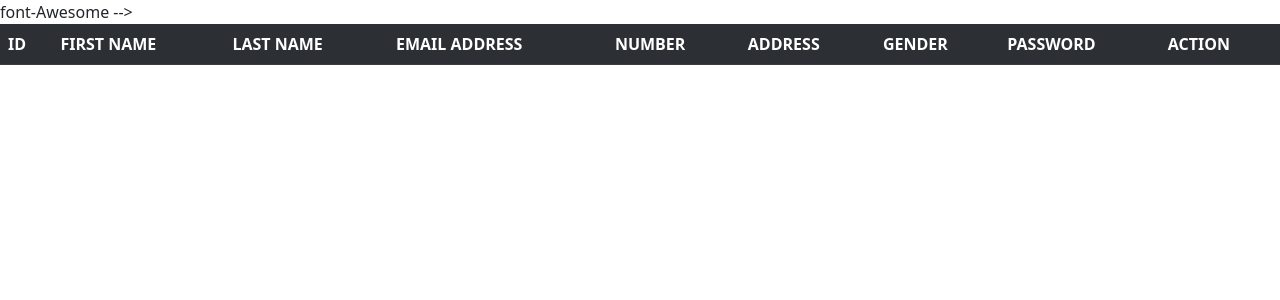
Repository: Rahulkathiriya/java-assignment-and-assesment
Page: http://localhost/web007_assesment_employee_Management_System/viewEmployee
These files come from the project's save history. The page is drawn as it stood at one moment and after a run of saves; the edit follows.
The browser window is 1280 px wide. The pictures show the whole page.
The page is served by Tomcat 9. Other server files are loaded and not shown. Queries for data that is not in the repository find no rows.

Above is the page before, as saved 2022-11-17 16:51:22.

### web007_assesment_employee_Management_System/src/main/webapp/viewEmployee.jsp
<%@page import="model.employee"%>
<%@page import="java.util.ArrayList"%>
<%@ page language="java" contentType="text/html; charset=UTF-8"
	pageEncoding="UTF-8"%>
<!DOCTYPE html>
<html>
<head>
<meta charset="UTF-8">
<!-- CSS only -->
<link
	href="https://cdn.jsdelivr.net/npm/bootstrap@5.2.0/dist/css/bootstrap.min.css"
	rel="stylesheet"
	integrity="sha384-gH2yIJqKdNHPEq0n4Mqa/HGKIhSkIHeL5AyhkYV8i59U5AR6csBvApHHNl/vI1Bx"
	crossorigin="anonymous">
<!-- <-- JavaScript Bundle with Popper -->
<script
	src="https://cdn.jsdelivr.net/npm/bootstrap@5.2.0/dist/js/bootstrap.bundle.min.js"
	integrity="sha384-A3rJD856KowSb7dwlZdYEkO39Gagi7vIsF0jrRAoQmDKKtQBHUuLZ9AsSv4jD4Xa"
	crossorigin="anonymous"></script>

<!--  -->	font-Awesome -->
<link rel="stylesheet"
	href="https://cdnjs.cloudflare.com/ajax/libs/font-awesome/6.2.1/css/all.min.css"
	integrity="sha512-MV7K8+y+gLIBoVD59lQIYicR65iaqukzvf/nwasF0nqhPay5w/9lJmVM2hMDcnK1OnMGCdVK+iQrJ7lzPJQd1w=="
	crossorigin="anonymous" referrerpolicy="no-referrer" />
<!--  	j-Queary cdn -->
<script
	src="https://cdnjs.cloudflare.com/ajax/libs/jquery/3.6.1/jquery.min.js"
	integrity="sha512-aVKKRRi/Q/YV+4mjoKBsE4x3H+BkegoM/em46NNlCqNTmUYADjBbeNefNxYV7giUp0VxICtqdrbqU7iVaeZNXA=="
	crossorigin="anonymous" referrerpolicy="no-referrer"></script>
<title>Employee List</title>
</head>
<body>

	<div class="contaier-fluid">

		<table class="table table-dark table-striped">

			<tr>

				<th>ID</th>
				<th>FIRST NAME</th>
				<th>LAST NAME</th>
				<th>EMAIL ADDRESS</th>
				<th>NUMBER</th>
				<th>ADDRESS</th>
				<th>GENDER</th>
				<th>PASSWORD</th>
				<th colspan="2">ACTION</th>
			</tr>


			<%
			ArrayList<employee> al = (ArrayList) request.getAttribute("data");
			for (employee e : al) {
			%>

			<tr>

				<td><%=e.getId()%></td>
				<td><%=e.getFname()%></td>
				<td><%=e.getLname()%></td>
				<td><%=e.getEmail()%></td>
				<td><%=e.getNumber()%></td>
				<td><%=e.getAddress()%></td>
				<td><%=e.getGender()%></td>
				<td><%=e.getPassword()%></td>
				<td><a href="update?uid=<%=e.getId()%>&&action=update"
					class="btn btn-primary"><i class="fa-solid fa-pen"></i></a></td>
				<td><a href="update?uid=<%=e.getId()%>&&action=delete"
					class="btn btn-danger"><i class="fa-solid fa-pen"></i></a></td>

			</tr>



			<%
			}
			%>




		</table>

	</div>








</body>
</html>

### web007_assesment_employee_Management_System/src/main/java/controller/viewEmployee.java
package controller;

import java.io.IOException;
import javax.servlet.ServletException;
import javax.servlet.annotation.WebServlet;
import javax.servlet.http.HttpServlet;
import javax.servlet.http.HttpServletRequest;
import javax.servlet.http.HttpServletResponse;

import dao.empDao;

/**
 * Servlet implementation class viewEmployee
 */
@WebServlet("/viewEmployee")
public class viewEmployee extends HttpServlet {
	private static final long serialVersionUID = 1L;

	/**
	 * @see HttpServlet#HttpServlet()
	 */
	public viewEmployee() {
		super();
		// TODO Auto-generated constructor stub
	}

	/**
	 * @see HttpServlet#doGet(HttpServletRequest request, HttpServletResponse
	 *      response)
	 */
	protected void doGet(HttpServletRequest req, HttpServletResponse resp) throws ServletException, IOException {

		empDao dao = new empDao();

		req.setAttribute("data", dao.viewAllData());
		req.getRequestDispatcher("viewEmployee.jsp").forward(req, resp);

	}

	/**
	 * @see HttpServlet#doPost(HttpServletRequest request, HttpServletResponse
	 *      response)
	 */
	protected void doPost(HttpServletRequest request, HttpServletResponse response)
			throws ServletException, IOException {
		// TODO Auto-generated method stub
		doGet(request, response);
	}

}

### web007_assesment_employee_Management_System/src/main/java/dao/empDao.java
package dao;

import java.sql.Connection;
import java.sql.DriverManager;
import java.sql.PreparedStatement;
import java.sql.ResultSet;
import java.sql.SQLException;
import java.util.ArrayList;

import model.employee;

public class empDao {
	Connection cn = null;

	public empDao() {

		try {
			Class.forName("com.mysql.cj.jdbc.Driver");
			cn = DriverManager.getConnection("jdbc:mysql://localhost:3306/java", "root", "");
		} catch (ClassNotFoundException | SQLException e) {
			// TODO Auto-generated catch block
			e.printStackTrace();
		}

	}

	public int addEmployee(employee emp) {

		int addEmp = 0;

		try {
			PreparedStatement ps = cn.prepareStatement("insert into employee values(?,?,?,?,?,?,?,?)");
			ps.setInt(1, 0);
			ps.setString(2, emp.getFname());
			ps.setString(3, emp.getLname());
			ps.setString(4, emp.getEmail());
			ps.setString(5, emp.getNumber());
			ps.setString(6, emp.getAddress());
			ps.setString(7, emp.getGender());
			ps.setString(8, emp.getPassword());

			addEmp = ps.executeUpdate();

		} catch (SQLException e) {
			// TODO Auto-generated catch block
			e.printStackTrace();
		}

		return addEmp;
	}

	public ArrayList<employee> viewAllData() {

		ArrayList<employee> al = new ArrayList();

		try {
			PreparedStatement ps = cn.prepareStatement("select * from employee");
			ResultSet rs = ps.executeQuery();
			while (rs.next()) {

				employee e = new employee();

				e.setId(rs.getInt(1));
				e.setFname(rs.getString(2));
				e.setLname(rs.getString(3));
				e.setEmail(rs.getString(4));
				e.setNumber(rs.getString(5));
				e.setAddress(rs.getString(6));
				e.setGender(rs.getString(7));
				e.setPassword(rs.getString(8));

				al.add(e);

			}
		} catch (SQLException e) {
			// TODO Auto-generated catch block
			e.printStackTrace();
		}

		return al;
	}

}

After the next 3 saves:
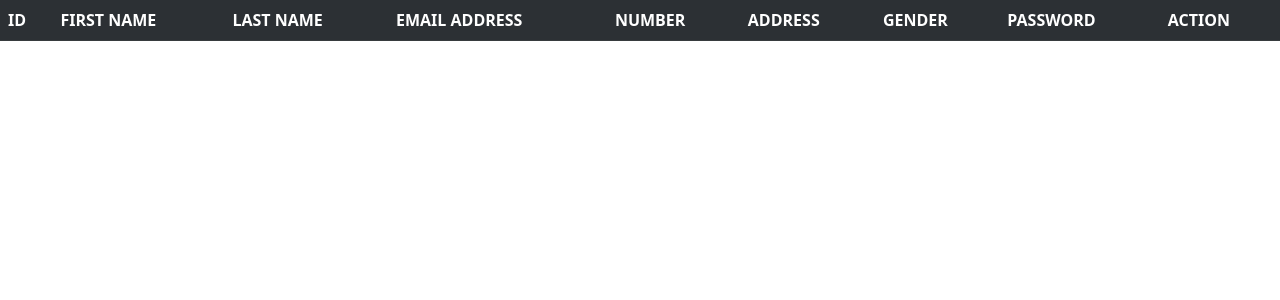
The 3 saves are shown as one change because they came seconds apart.
The last was saved 8 s later.
--- a/web007_assesment_employee_Management_System/src/main/webapp/viewEmployee.jsp
+++ b/web007_assesment_employee_Management_System/src/main/webapp/viewEmployee.jsp
@@ -18,7 +18,7 @@
 	integrity="sha384-A3rJD856KowSb7dwlZdYEkO39Gagi7vIsF0jrRAoQmDKKtQBHUuLZ9AsSv4jD4Xa"
 	crossorigin="anonymous"></script>
 
-<!--  -->	font-Awesome -->
+<!-- font-Awesome -->
 <link rel="stylesheet"
 	href="https://cdnjs.cloudflare.com/ajax/libs/font-awesome/6.2.1/css/all.min.css"
 	integrity="sha512-MV7K8+y+gLIBoVD59lQIYicR65iaqukzvf/nwasF0nqhPay5w/9lJmVM2hMDcnK1OnMGCdVK+iQrJ7lzPJQd1w=="
